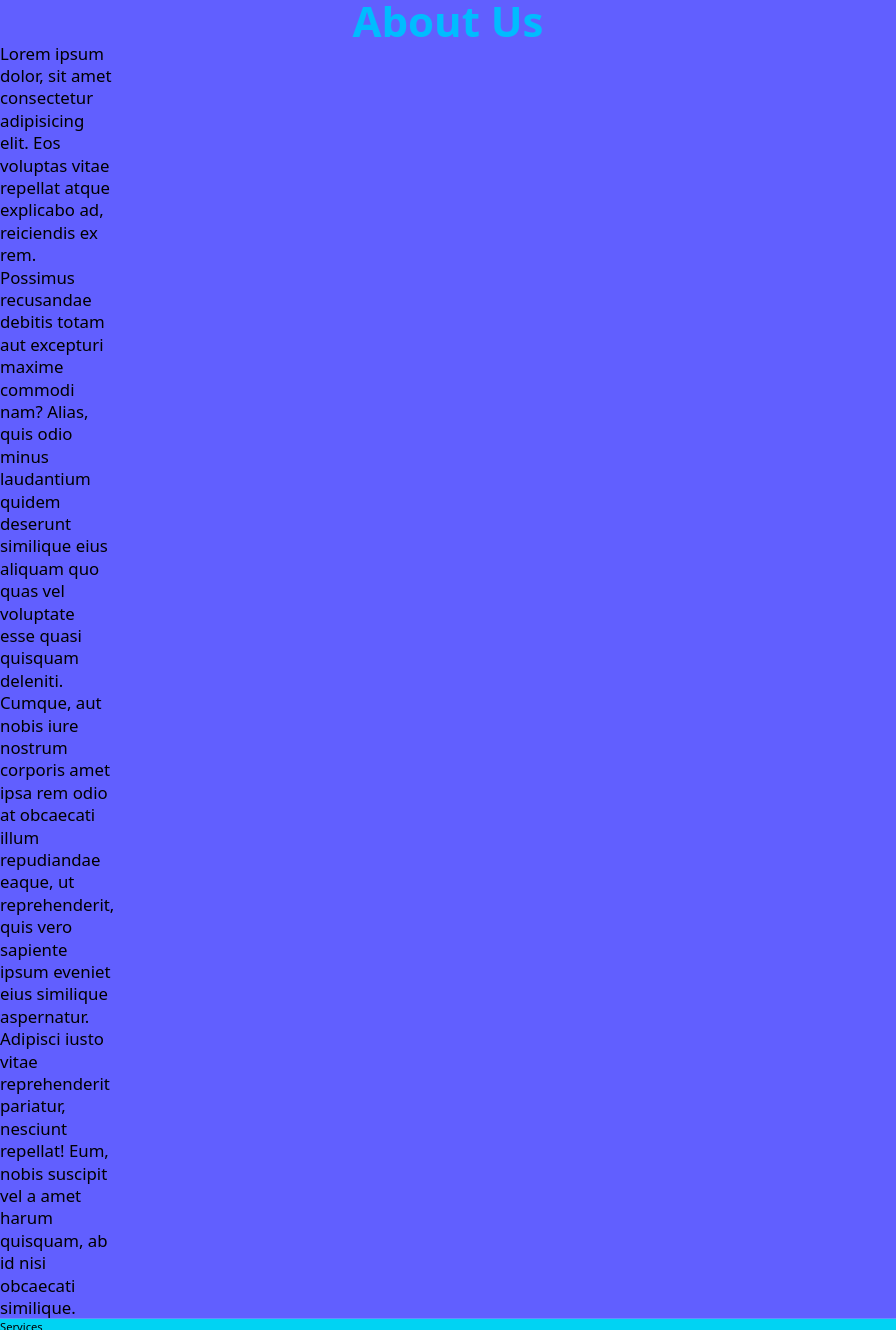
Repository: ajay-maurya-dev/Login
Page: /
An editor plug-in stored every save of this project. The page is shown before and after a run of saves, followed by the edit.
The browser window is 1280 px wide. The pictures show the part of the page from y = 720 to 2620 px (the page is 4044 px tall before and 2880 px after), at 70% of full size.
Backgrounds fixed to the window are drawn as part of the page. The project was rebuilt for these pictures with package versions that can differ from the ones it lists, and the page was loaded fresh each time. Also part of the build but not shown: vite.config.js.

Above is the page before, as saved 2026-10-24 23:41:39.

### index.html
<!doctype html>
<html lang="en">
  <head>
    <meta charset="UTF-8" />
    <link rel="icon" type="image/svg+xml" href="/favicon.svg" />
    <meta name="viewport" content="width=device-width, initial-scale=1.0" />
    <title>homepage</title>
  </head>
  <body>
    <div id="root"></div>
    <script type="module" src="/src/main.jsx"></script>
  </body>
</html>

### src/index.css
@import "tailwindcss";
@custom-variant dark (&:where(.dark, .dark *));

html {
  scroll-behavior: smooth;
}

### src/App.jsx
import About from "./components/About";
import Footer from "./components/footer";
import Home from "./components/Home";
import Navbar from "./components/Navbar";
import Services from "./components/Services";

function App() {
  return (
    <div className="min-h-screen w-full dark:bg-black dark:text-white">
      {/* Navbar stays fixed or at the top */}
      <Navbar />

      {/* Wrap sections with unique IDs */}
      <section id="home">
        <Home />
      </section>

      <section id="about">
        <About />
      </section>
      <section id="services">
        <Services/>
      </section>
      <Footer />
    </div>
  );
}

export default App;

### src/components/About.jsx


function About() {
  return (
    <div className="w-full min-h-screen bg-indigo-500 z-10 text-2xl dark:bg-black dark:text-white bg-fixed justify-center flex flex-col">
        <h4 className="text-6xl font-extrabold text-sky-400 text-center">About Us</h4>
        <div className="text-2xl dark:text-white w-40">
        <p className="">Lorem ipsum dolor, sit amet consectetur adipisicing elit. Eos voluptas vitae repellat atque explicabo ad, reiciendis ex rem. Possimus recusandae debitis totam aut excepturi maxime commodi nam? Alias, quis odio minus laudantium quidem deserunt similique eius aliquam quo quas vel voluptate esse quasi quisquam deleniti. Cumque, aut nobis iure nostrum corporis amet ipsa rem odio at obcaecati illum repudiandae eaque, ut reprehenderit, quis vero sapiente ipsum eveniet eius similique aspernatur. Adipisci iusto vitae reprehenderit pariatur, nesciunt repellat! Eum, nobis suscipit vel a amet harum quisquam, ab id nisi obcaecati similique.</p>
        </div>
    </div>
  )
}

export default About

### src/components/footer.jsx


function Footer() {
  return (
  <footer className="w-full h-screen dark:bg-black dark:text-white">
    <h1>THE CONTENT ARCHITECTURE</h1>
  </footer>
  )
}

export default Footer

### src/components/Home.jsx



function Home() {
  return (
    <div className="flex w-full justify-center items-center min-h-screen dark:bg-black bg-[url(https://images.unsplash.com/photo-1757513189385-580a91ac7fe4?q=80&w=2070&auto=format&fit=crop&ixlib=rb-4.1.0&ixid=NHwxMjA3fDA%3D)] bg-cover bg-fixed">
    <div className="py-1 text-sky-900 border border-amber-50 text-9xl font-bold flex items-center">
      <h1 className="">BRAND SHOES</h1>
    </div>
    </div>
  );
}

export default Home;

### src/components/Navbar.jsx
import Dark from "./Dark";

function Navbar() {


  return (
    <nav className="flex rounded-4xl text-gray-500 to-white px-10 md:flex-row md:items-center md:h-10 md:w-full dark:bg-black dark:text-white sm:h-full sm:flex-col sm:w-4/7 sm:items-start top-0 fixed ">
      <div className=" flex-1 text-2xl cursor-pointer font-extrabold">LOGO</div>
      <div className="flex flex-1 gap-10 test-2xl font-bold md:flex-row sm:flex-col ">
        <h3 className="cursor-pointer hover:text-cyan-500 active:scale-95 ">
          <a href="#home">HOME</a>
        </h3>
        <h3 className="cursor-pointer hover:text-cyan-500 active:scale-95">
          <a href="#about">ABOUT</a>
        </h3>
        <h3 className="cursor-pointer hover:text-cyan-500 active:scale-95">
          <a href="#services">SERVICES</a>
        </h3>
        <h3 className="cursor-pointer hover:text-cyan-500 active:scale-95">
          PROFILE
        </h3>
        <Dark/>
      </div>
    </nav>
  );
}

export default Navbar;

### src/components/Services.jsx


function Services() {
  return (
    <div className="bg-cyan-400 h-screen w-screen z-20">
      <h1>Services</h1>
    </div>
  )
}

export default Services

### src/components/Dark.jsx
import { useState, useEffect } from "react";

export default function Dark() {
  const [isDark, setIsDark] = useState(false);

  // Sync the true/false state to the HTML document tag
  useEffect(() => {
    const root = window.document.documentElement;
    if (isDark) {
      root.classList.add("dark");
    } else {
      root.classList.remove("dark");
    }
  }, [isDark]);

  return (
    <button
      className="px-1 text-xl rounded-full bg-transparent dark:bg-neutral-800 transition-colors duration-200"
      onClick={() => setIsDark((prev) => !prev)}
    >
      {isDark ? "☀️" : "🌙"}
    </button>
  );
}

Loaded but not shown: src/main.jsx (common file)

After the next 2 saves:
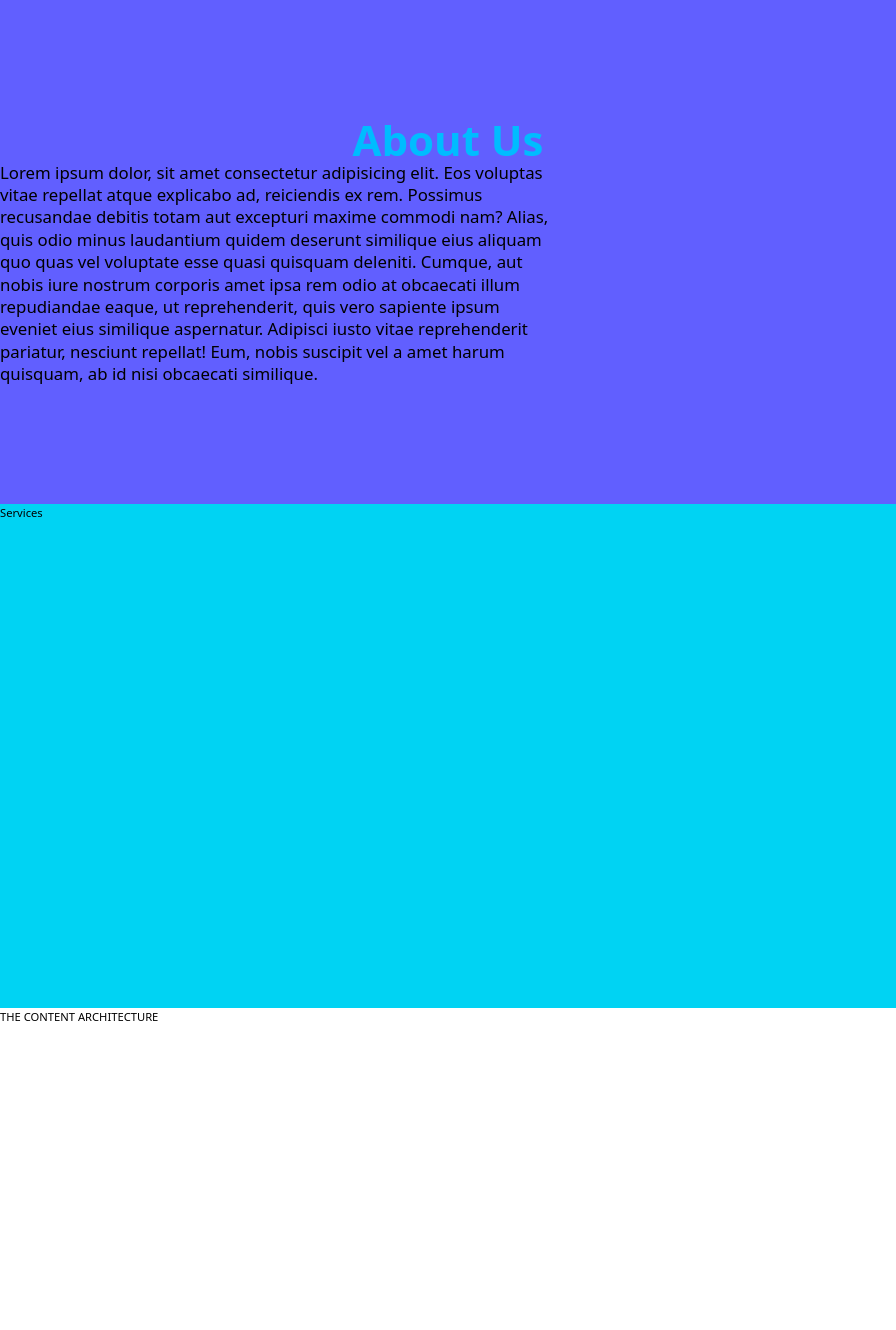
The 2 saves are shown as one change because they came seconds apart.
The last was saved 8 s later.
--- a/src/components/About.jsx
+++ b/src/components/About.jsx
@@ -4,7 +4,7 @@ function About() {
   return (
     <div className="w-full min-h-screen bg-indigo-500 z-10 text-2xl dark:bg-black dark:text-white bg-fixed justify-center flex flex-col">
         <h4 className="text-6xl font-extrabold text-sky-400 text-center">About Us</h4>
-        <div className="text-2xl dark:text-white w-40">
+        <div className="text-2xl dark:text-white w-200">
         <p className="">Lorem ipsum dolor, sit amet consectetur adipisicing elit. Eos voluptas vitae repellat atque explicabo ad, reiciendis ex rem. Possimus recusandae debitis totam aut excepturi maxime commodi nam? Alias, quis odio minus laudantium quidem deserunt similique eius aliquam quo quas vel voluptate esse quasi quisquam deleniti. Cumque, aut nobis iure nostrum corporis amet ipsa rem odio at obcaecati illum repudiandae eaque, ut reprehenderit, quis vero sapiente ipsum eveniet eius similique aspernatur. Adipisci iusto vitae reprehenderit pariatur, nesciunt repellat! Eum, nobis suscipit vel a amet harum quisquam, ab id nisi obcaecati similique.</p>
         </div>
     </div>
